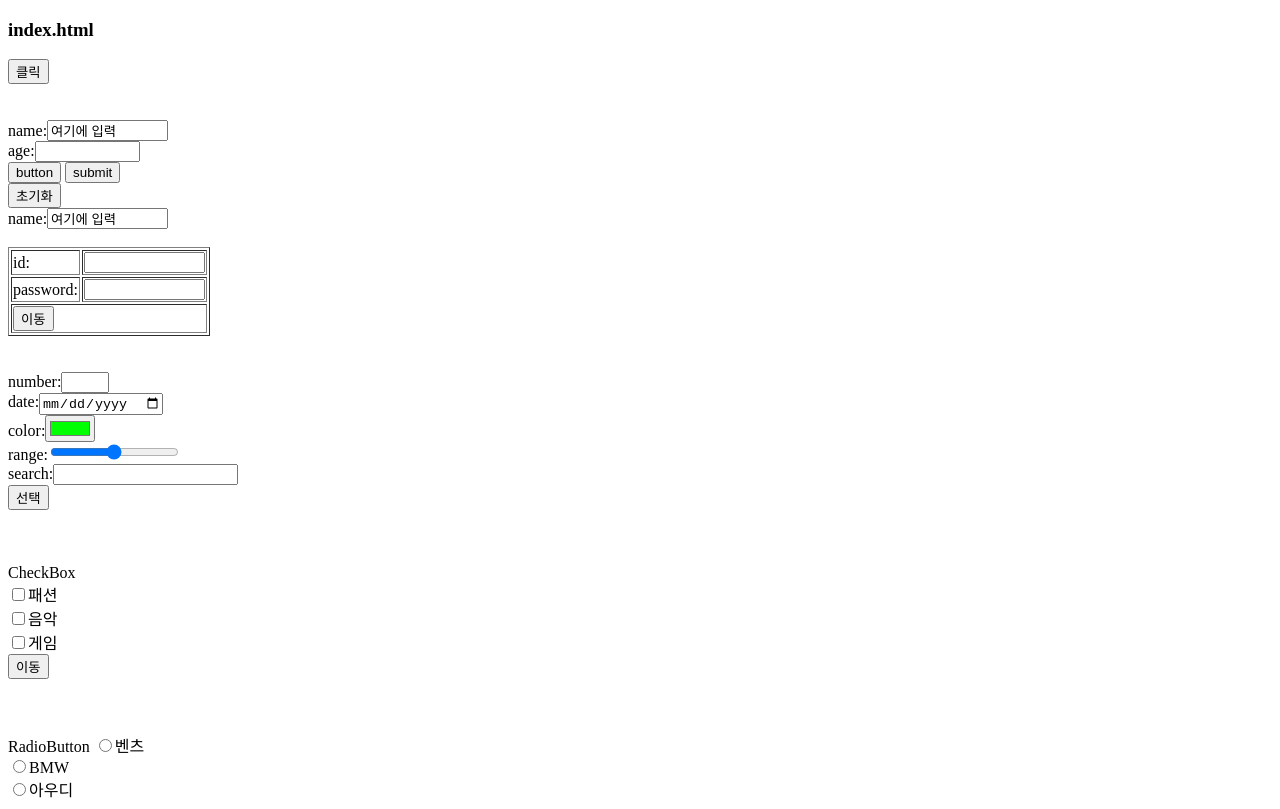
Repository: Jv2020/bitcamp
Page: html/sample04/WebContent/index.html
An editor plug-in stored every save of this project. The page is shown before and after the next save, followed by the edit.
The browser window is 1280 px wide. The pictures show the whole page.

Above is the page before, as saved 2020-01-03 03:16:43.

### html/sample04/WebContent/index.html
<!DOCTYPE html>
<html>
<head>
<meta charset="UTF-8">
<title>Insert title here</title>
</head>
<body>

<!--
	link -> anchor <a href="이동하고 싶은 파일 또는 URL">표시문자열 이미지</a>
-->

<!--

form
event resource와 같이 많이 사용.
입력데이터 등을 전송할 수 있다.

	id		: # 현재 페이지에서 1개만 인식 (중복x), JacaScript(=JQery)
	class	: . 다중 인식. CSS()
	name	: link용. 값을 전송. 변수의 역할

-->


<!--

<form action="이동하고 싶은 파일 또는 주소 or 파일명"> submit
	입력 리소스
	<input type="submit" value="클릭">
</form>

-->
<h3>index.html</h3>
<form action="NewFile.html">
	<input type="submit" value="클릭">
</form>

<br><br>

<!--
	input : button(submit), checkbox, radio, textfield ...
-->
<form action="NewFile.html">
   name:<input type="text" value="여기에 입력" size="12">
   <br>
   age:<input type="text" value="" size="10">
   <br>
   <input type="submit" value="button">
   <input type="submit" value="submit">
   <br>
   <input type="reset" value="초기화">
</form>

name:<input type="text" value="여기에 입력" size="12">

<br><br>

<form action="NewFile.jsp">
	<table border="1">
		<tr>
			<td>id:</td>
			<td><input type="text" name="id" value="" size="12"></td>
		</tr>
		<tr>
			<td>password:</td>
			<td><input type = "password" name="pwd" size="12"></td>
		</tr>
		<tr>
			<td colspan="2"><input type="submit" value="이동"></td>
		</tr>
	</table>
</form>

<br><br>

<!-- html5 -->
<form action="">
	number:<input type="number" max="5" min="1">
	<br>
	date:<input type="date">
	<br>
	color:<input type="color" value="#00ff00">
	<br>
	range:<input type="range" max="10" min="0">
	<br>
	search:<input type="search">
	<br>
	<input type="submit" value="선택">
</form>

<br><br><br>

CheckBox
<form action:"NewFile2.jsp">
	<input type="checkbox" name="job" value="패션">패션<br>
	<input type="checkbox" name="job" value="음악">음악<br>
	<input type="checkbox" name="job" value="게임">게임<br>
	<input type="submit" value="이동">
</form>

<br><br><br>

RadioButton
<input type="radio" name="car" value="벤츠">벤츠<br>
<input type="radio" name="car" value="BMW">BMW<br>
<input type="radio" name="car" value="아우디">아우디

</body>
</html>

After the next save:
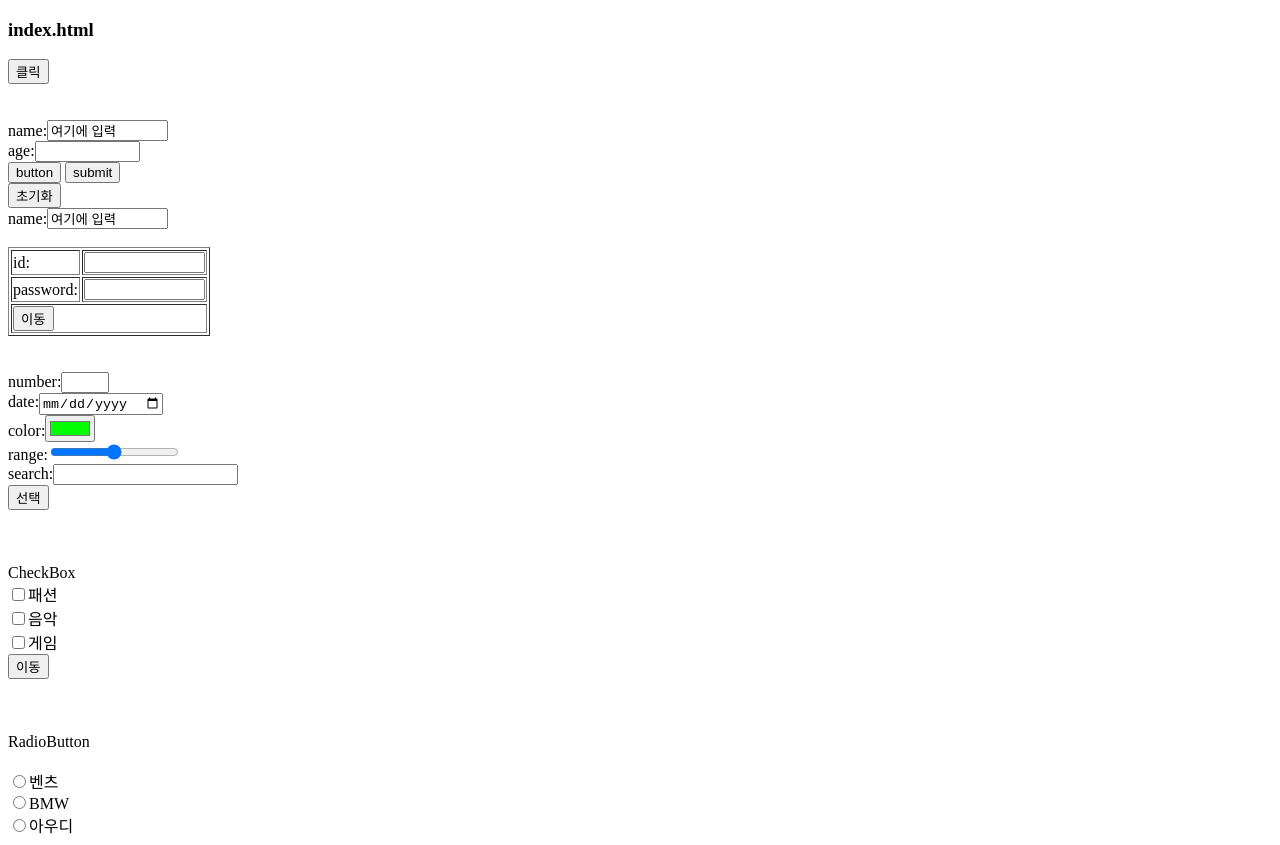
Saved 22 s later.
--- a/html/sample04/WebContent/index.html
+++ b/html/sample04/WebContent/index.html
@@ -101,7 +101,7 @@ CheckBox
 
 <br><br><br>
 
-RadioButton
+RadioButton<br><br>
 <input type="radio" name="car" value="벤츠">벤츠<br>
 <input type="radio" name="car" value="BMW">BMW<br>
 <input type="radio" name="car" value="아우디">아우디
